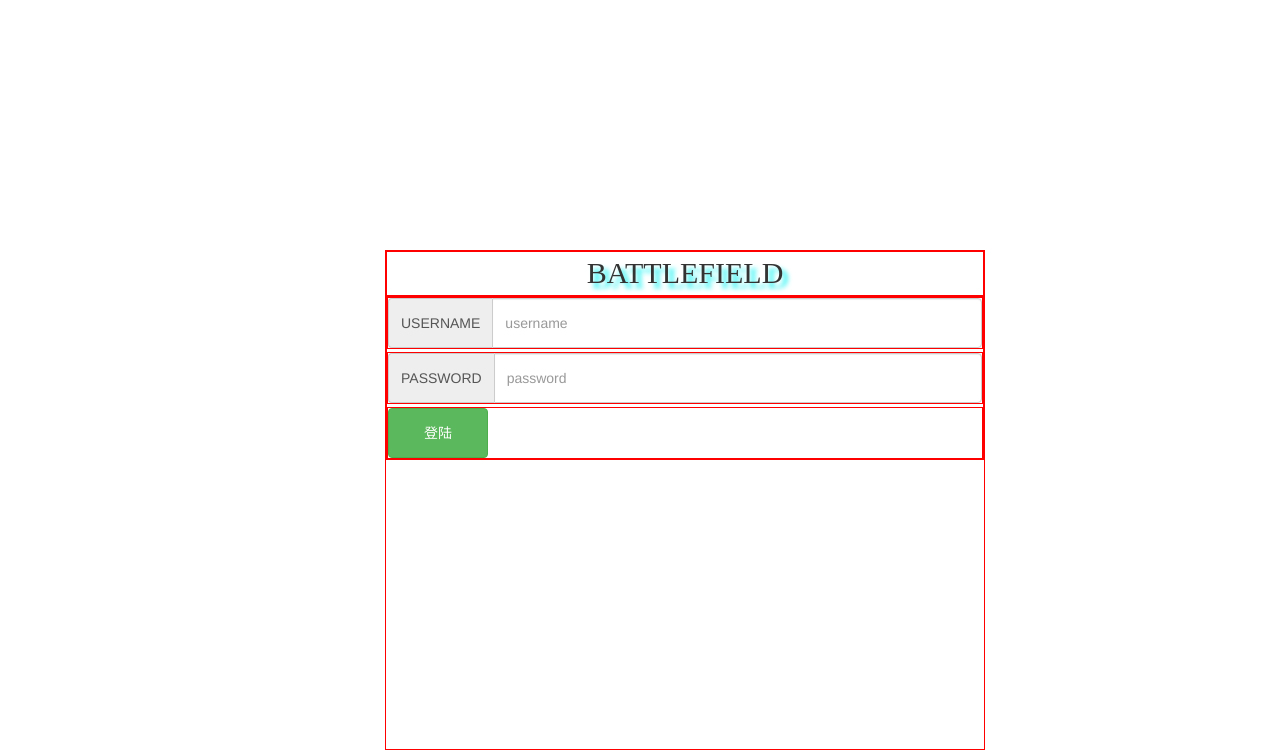
Repository: Tuzijing/Battlefield
Page: http://localhost/static/views/login/login.php
The author's editor kept a copy of each file at every save. The page is drawn from the files as they stood at one save, then again after the next save.
The browser window is 1280 px wide. The pictures show the whole page.
The page is run by PHP 8.4 with error messages shown; the project is at /var/www/html/.

Above is the page before, as saved 2018-07-11 16:17:37.

### BattlefieldWebP/static/views/login/login.php
<!DOCTYPE html>
<html>
	<head>
		<meta charset="UTF-8">
		<title>登陆</title>
		<!--
        	作者：offline
        	时间：2018-07-10
        	描述：引入公共前端配置文件
        -->
		<?php
			include "../common/encoding.php";
			include "../common/main_header.php";
		?>
		<!--
        	作者：offline
        	时间：2018-07-10
        	描述：引入login.js文件
        -->
		<script type="text/javascript" src="../../common/js/login/login.js" ></script>
		<!--
        	作者：offline
        	时间：2018-07-10
        	描述：引入login.css的布局文件
        -->
		<link rel="stylesheet" href="../../common/css/login/login.css" />
	</head>
	<body>
		<div id="login_container">
			<div id="login_title"><span>BATTLEFIELD</span></div>
			<div id="login_content">
				<form class="bs-example bs-example-form" role="form">
					<div id="login_user" class="input-group">
						<span  class="input-group-addon">USERNAME</span>
						<input type="text" class="form-control" placeholder="username"
						maxlength="10"/>
					</div>
					<div id="login_password" class="input-group">
						<span class="input-group-addon">PASSWORD</span>
						<input type="password" class="form-control" placeholder="password"/>
					</div>
					<div id="login_btn_div">
						<button type="button" id="login_btn" class="btn btn-success">登陆</button>
					</div>
				</form>
			</div>
		</div>
	</body>



		<!--
        	作者：offline
        	时间：2018-07-10
        	描述：加载js的操作
        -->
		<script>
			window.onload = setLoginContainer("login_container");
			window.onresize = function(){
					setLoginContainer("login_container");
				}
		</script>
</html>

### BattlefieldWebP/static/views/common/encoding.php
<?php
	header("Content-type:text/html;charset=utf-8");
?>

### BattlefieldWebP/static/views/common/main_header.php
<html>
	<script type="text/javascript" src="../../common/js/jquery-3.1.1.min.js" ></script>
	<script type="text/javascript" src="../../common/js/bootstrap.js" ></script>
	<link rel="stylesheet" href="../../common/css/bootstrap.css"/>
	<script type="text/javascript" src="../../common/js/tools.js"></script>
	<?
		include "encoding.php";
	?>
</html>

### BattlefieldWebP/static/common/js/tools.js

/**
 * 获取浏览器的宽和高
 */
function getBrowserWidthAndHeight(){
	var arr = {width:0,height:0};
	try{
		var width = document.body.clientWidth || window.innerWidth;
		var height = document.body.clientHeight || window.innerHeight;
		arr["width"] = width;
		arr["height"] = height;
	}catch(err){
		console.log("get browser width and height err",err);
	}
	return arr;
}


/**
 * 根据id居中设置
 * lableById:需要居中的标签
 * width:宽度
 * height:高度
 * offsetWidth：宽度偏移量
 * offsetHeigt：高度偏移量
 */
function center(lableById,width,height,offsetWidth,offsetHeigt){
	try{
		var helf_width = width/2-offsetWidth; //总宽度除以2减上宽度偏移量
		var helf_height = height/2-offsetHeigt; //总高度除以2减上高度偏移量
		document.getElementById(lableById).style.marginLeft = helf_width+"px";
		document.getElementById(lableById).style.marginTop = +helf_height+"px";
	}catch(err){
		console.log("set lableNameById:"+(lableNameById === undefined?"undefined":lableNameById)+" centering failure ",err);
	}
}

### BattlefieldWebP/static/common/js/login/login.js
/*
 	存放登陆页面的一些布局
 * */


/**
 * 设置登陆容器居中显示
 */
function setLoginContainer(lableById){
	console.log("执行");
	var arr = getBrowserWidthAndHeight(); //获取浏览器的宽度与高度
	console.log(arr);
	center(lableById,arr["width"],arr["height"],255,30);
}

### BattlefieldWebP/static/common/css/login/login.css
div{
	border: 1px solid red;
}

/**
 * 登陆格式容器
 */
#login_container{
	width: 600px;
	height: 500px;
}

/**
 * 登陆标题
 */
#login_title{
	text-align: center;
	font-size: 30px;
	font-family: "arial, helvetica, sans-serif";
	text-shadow: 5px 5px 5px #00f0f0;/*设置字体地阴影*/
}

/*登陆账号*/
#login_user{
	margin-bottom: 3px;
	height:50px;
}

#login_password{
	margin-bottom: 3px;
	height:50px;
}
#login_container .form-control{
	height:50px;
}
#login_btn{
	margin-top:auto;
	width:100px;
	height:50px;
}

Loaded but not shown: BattlefieldWebP/static/common/js/jquery-3.1.1.min.js (library); BattlefieldWebP/static/common/js/bootstrap.js (library); BattlefieldWebP/static/common/css/bootstrap.css (library)

After the next save:
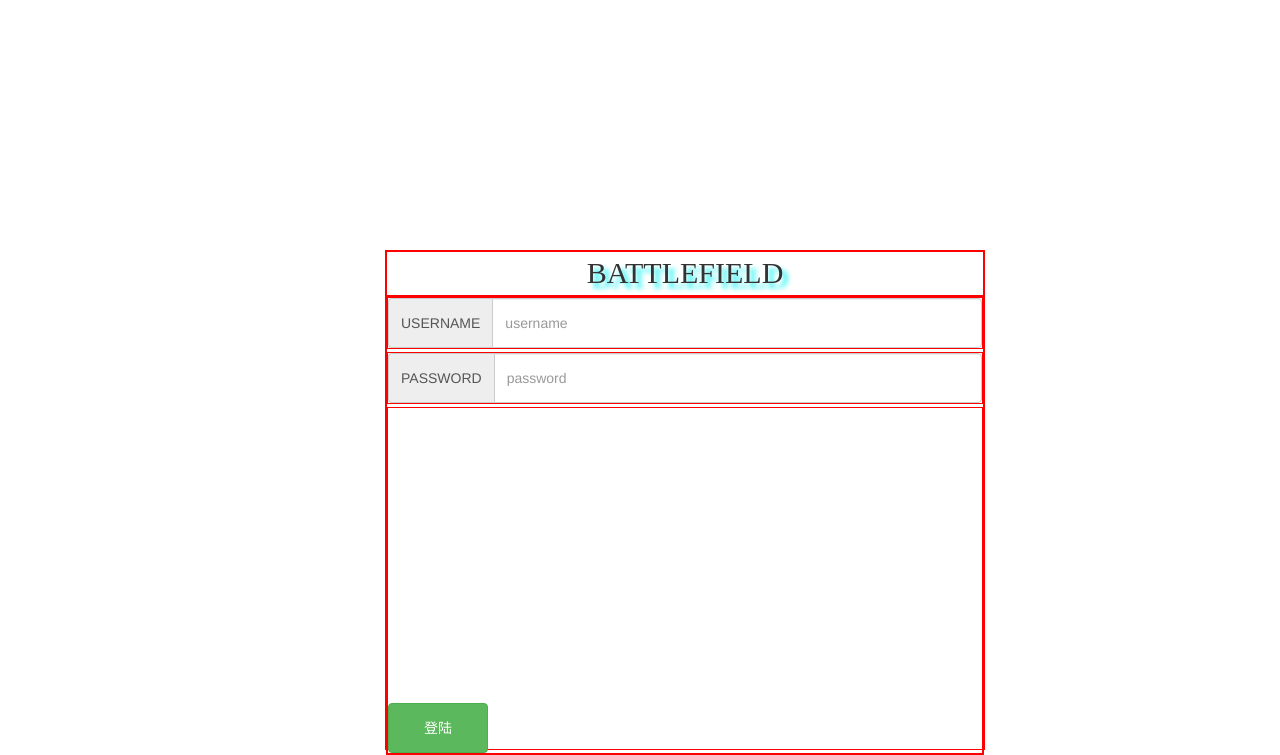
Saved 24 s later.
--- a/BattlefieldWebP/static/common/css/login/login.css
+++ b/BattlefieldWebP/static/common/css/login/login.css
@@ -34,7 +34,7 @@
 	height:50px;
 }
 #login_btn{
-	margin-top:auto;
+	margin-top:295px;
 	width:100px;
 	height:50px;
 }
